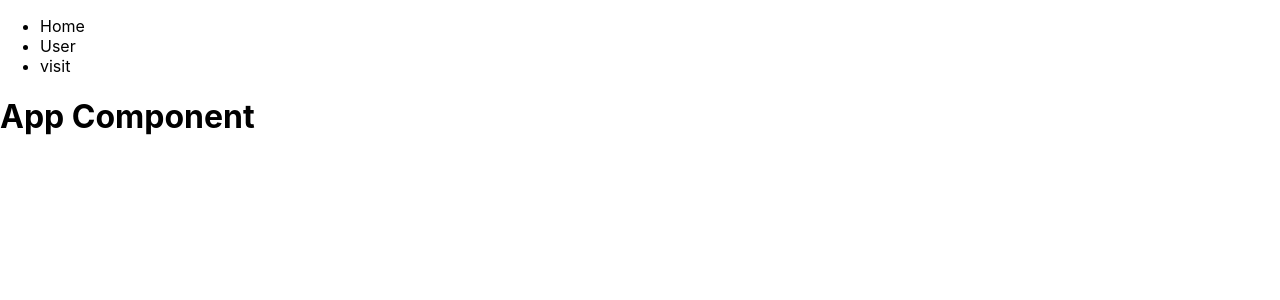
Repository: Akshaykulkarni995/React-Routes
Page: / (app in react-routers/)
An editor plug-in stored every save of this project. The page is shown before and after a run of saves, followed by the edit.
The browser window is 1280 px wide. The pictures show the whole page.
The project was rebuilt for these pictures with package versions that can differ from the ones it lists, and the page was loaded fresh each time. Also part of the build but not shown: react-routers/src/user.js, react-routers/src/visit.js, react-routers/src/notfound.js.

Above is the page before, as saved 2021-02-28 18:12:57.

### react-routers/src/index.js
import React from 'react';
import ReactDOM from 'react-dom';
import {Route,Link,Switch,BrowserRouter as Router} from 'react-router-dom'
import './index.css';
import App from './App';
import user from './user';
import visit from './visit';
import notfound from './notfound';

const routing = (
//inside of this router we create multiple route
  <Router>
    <div>
      <ul>
        <li>
Home
        </li>
        <li>
User
        </li>
        <li>
visit
        </li>
      </ul>
    </div>
    <Switch>
    <Route exact path ="/" component = {App} />
    <Route  path ="/react-routes" component = {user} />
    <Route  path ="/react-routing" component = {visit} />
    <Route component = {notfound} />
    </Switch>
  </Router>
)
ReactDOM.render( routing,

  document.getElementById('root')
);

### react-routers/src/App.js
import React from 'react';


export default function App() {

    return (
        <div>
             <h1>App Component</h1>
        </div>

    )

}

Loaded but not shown: react-routers/public/index.html (common file); react-routers/src/index.css (common file)

After the next 12 saves:
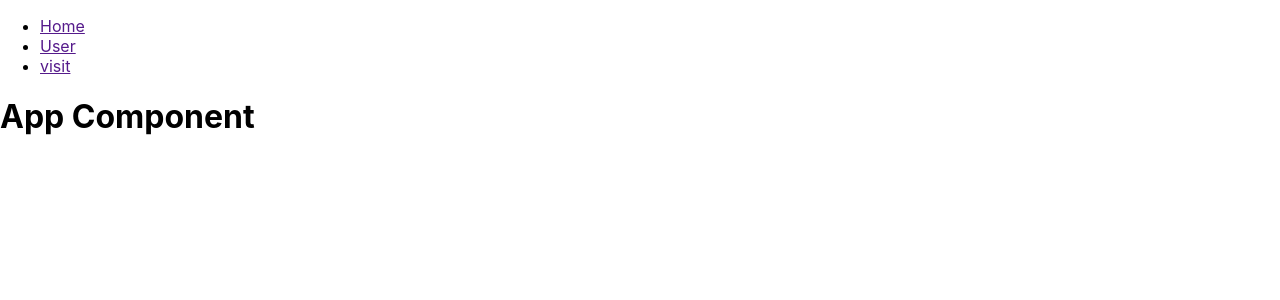
The 12 saves are shown as one change because 5 did not build or start and some came seconds apart.
The last was saved 61 s later.
--- a/react-routers/src/index.js
+++ b/react-routers/src/index.js
@@ -1,6 +1,6 @@
 import React from 'react';
 import ReactDOM from 'react-dom';
-import {Route,Link,Switch,BrowserRouter as Router} from 'react-router-dom'
+import { Route, Link, Switch, BrowserRouter as Router } from 'react-router-dom'
 import './index.css';
 import App from './App';
 import user from './user';
@@ -8,27 +8,27 @@ import visit from './visit';
 import notfound from './notfound';
 
 const routing = (
-//inside of this router we create multiple route
+  //inside of this router we create multiple route
   <Router>
     <div>
       <ul>
-        <li>
-Home
+        <li><Link>
+          Home</Link>
         </li>
-        <li>
-User
+        <li><Link>
+          User</Link>
         </li>
-        <li>
-visit
-        </li>
+          <li><Link>
+            visit</Link>
+          </li>
       </ul>
     </div>
-    <Switch>
-    <Route exact path ="/" component = {App} />
-    <Route  path ="/react-routes" component = {user} />
-    <Route  path ="/react-routing" component = {visit} />
-    <Route component = {notfound} />
-    </Switch>
+      <Switch>
+        <Route exact path="/" component={App} />
+        <Route path="/react-routes" component={user} />
+        <Route path="/react-routing" component={visit} />
+        <Route component={notfound} />
+      </Switch>
   </Router>
 )
 ReactDOM.render( routing,
